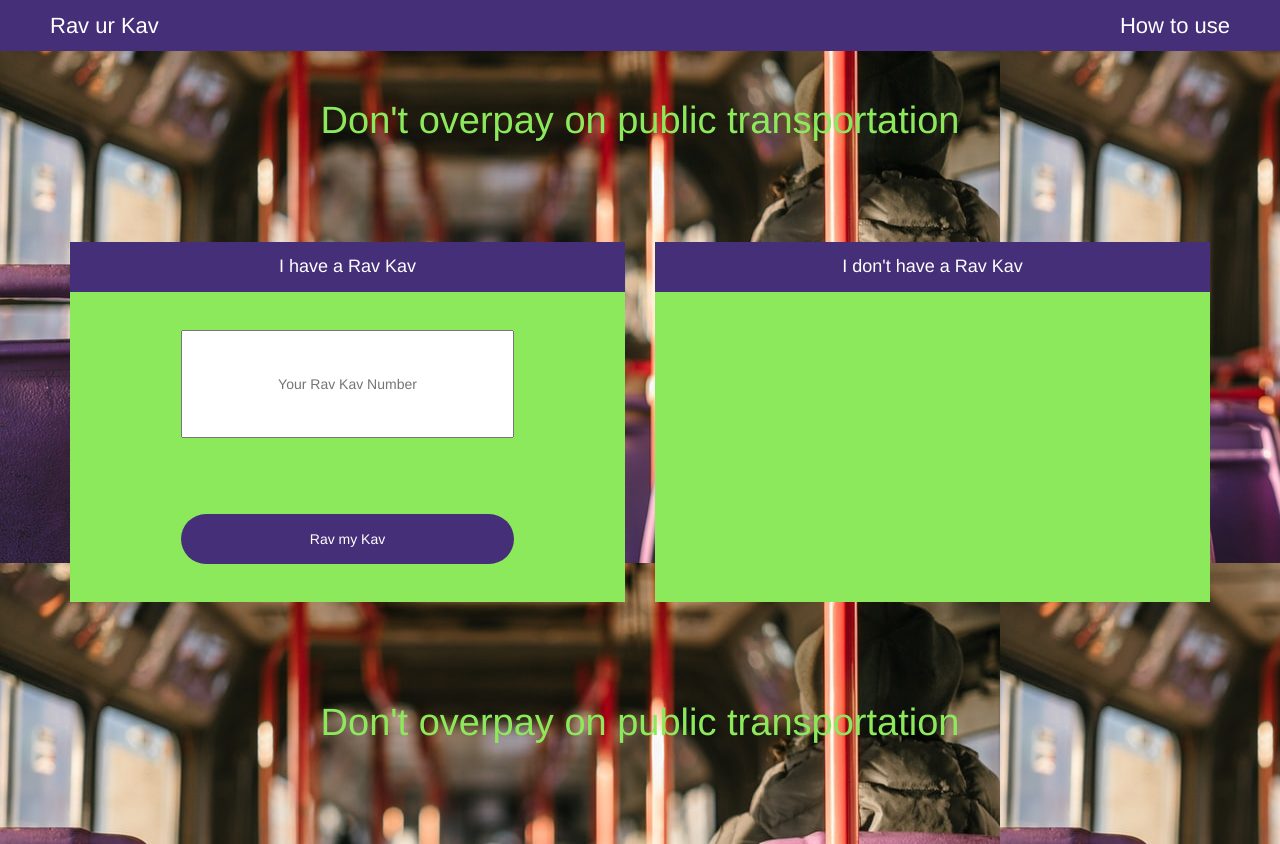
Repository: Louhla/Rav-ur-Kav
Page: index.html
These files come from the project's save history. The page is drawn as it stood at one moment and after the next save; the edit follows.
The browser window is 1280 px wide. The pictures show the whole page.

Above is the page before, as saved 2019-07-17 16:23:05.

### index.html
<!DOCTYPE html>
<html lang="en">

<head>
    <meta charset="utf-8">
    <meta name="viewport" content="width=device-width, initial-scale=1">
    <!-- Bootstrap CSS -->
    <link rel="stylesheet" href="https://maxcdn.bootstrapcdn.com/bootstrap/3.3.7/css/bootstrap.min.css">
    <script src="https://ajax.googleapis.com/ajax/libs/jquery/3.3.1/jquery.min.js"></script>
    <link rel="stylesheet" type="text/css" href="./css/rav-ur-kav.css">
    <title>Rav ur kav - Public Transport Calculator</title>
    <meta name="description" content="Get the best rate for your Rav Kav according to your commute">
</head>

<body>
    <div id="modal-wrapper">
        <div class="modal">
            <div class="modal-content">
                <h1>How to Rav my Kav:</h1>
                <h3>Lorem ipsum dolor sit, amet consectetur adipisicing elit. Nam, velit. Impedit non consequatur corporis tempore hic natus repudiandae veritatis voluptates pariatur numquam? Libero illo suscipit cum vitae. Quam, ex in!</h3>
                <h3>Lorem ipsum dolor sit amet consectetur adipisicing elit. Distinctio, sint. Eius adipisci tenetur dolore quis rem eos expedita error officia. Maiores dolore maxime enim ut quos dolorem nesciunt ea pariatur?</h3>
            </div>
            <br>
            <div id="button-box">
                <button class="my-button" id="close">Close</button>
            </div>
        </div>
    </div>
    <div id="root"></div>
    <heading class="header">
        <div class="logo">Rav ur Kav
        </div>
        <div id="how-to">How to use
        </div>
    </heading>

    <div class="container">
        <div class="row">
            <div class="col-md-12">
                <h1>Don't overpay on public transportation</h1>
            </div>
        </div>
        <div class="row">
            <div class="col-md-6">
                <div class="existing-user">
                    <h4>I have a Rav Kav</h4>
                        <input id="rav-kav-number" type=text placeholder="Your Rav Kav Number"></input>
                        <button id="rav-kav-number-button"><a href="#">Rav my Kav</a></button>
                </div>
            </div>
            <div class="col-md-6">
                <div class="new-user">
                    <h4>I don't have a Rav Kav</h4>
                </div>
            </div>
        </div>
        <div class="row">
                <div class="col-md-12">
                    <h1>Don't overpay on public transportation</h1>
                </div>
            </div>
    </div>
    <script type="text/javascript" src="./js/rav-ur-kav.js"></script>
</body>

</html>

### css/rav-ur-kav.css
body {
    margin: 0px;
    padding: 0px;
    background-image: url("/img/bus.jpg");
}
/* Modal START */
#modal-wrapper {
    position: fixed;
    top: 0;
    bottom: 0;
    right: 0;
    left: 0;
    background-color: rgba(0, 0, 0, 0.5);
    z-index: 12345;
    display: none;
}

#modal-wrapper .modal {
    background-color: white;
    width: 90vw;
    height: 90vh;
    position: absolute;
    top: 50%;
    left: 50%;
    transform: translateX(-50%) translateY(-50%);
    border-radius: 5px;
    text-align: center;
    background-image: url('../img/bgm.png');
    background-repeat: no-repeat;
    background-position: center;
    background-size: cover;
    color: white;
    text-shadow: 3px 3px #000000;
    display: flex;
    flex-direction: column;
    align-items: center;
    justify-content: space-evenly;
}

.modal-content {
    background-color: rgba(0, 0, 0, 0.5);
}

.modal-content h1 {
    font-size: 2rem;
    margin-block-start: 0.3rem;
    margin-block-end: 0.3rem;
}

.modal-content h3 {
    font-size: 1rem;
    margin-block-start: 0.5rem;
    margin-block-end: 0.5rem;
}

#button-box {
    width: 70vh;
    display: flex;
    justify-content: flex-end;
}

.my-button {
    color: red;
    background-color: yellow;
    height: 5vh;
    width: 20vh;
    font-size: 4vh;
    text-align: center;
    padding: 0;
}
/* Modal END */

/* Homepage START */
.header{
    display: flex;
    position: fixed;
    z-index: 9;
    justify-content: space-between;
    width: 100%;
    align-items: center;
    box-shadow: 5px;
    background-color: #462F79;
    color: white;
    font-size: 22px;
}
.logo{
    margin: 10px 0px 10px 50px;
}
.how-to{
    margin: 10px 50px 10px 0px;
}
.existing-user{
    background-color: #8CE95C;
    display: flex;
    flex-direction: column;
    text-align: center;
    height: 50vh;
}
.new-user{
    background-color: #8CE95C;
    text-align: center;
    height: 50vh;
}
h1{
    text-align: center;
    margin: 100px;
    color: #8CE95C;
    font-size: 38px;
}
.existing-user > h4, .new-user > h4{
    background-color: #462F79;
    padding: 15px 0px;
    margin: 0px;
    color: white;
}
#rav-kav-number{
    width: 60%;
    margin: auto;
    text-align: center;
}
#rav-kav-number-button{
    width: 60%;
    margin: auto;
    height: 50px;
    border-radius: 50px;
    border-style: none;
    color: white;
    background-color: #462F79;
    -webkit-transition: width 0.5s ease-in-out;
    -moz-transition: width 0.5s ease-in-out;
    -ms-transition: width 0.5s ease-in-out;
    transition: width 0.5s ease-in-out;
}
#rav-kav-number-button:hover{
    width: 62%;
}
a{
    cursor:pointer;
    text-decoration: none;
    color: white;
}
a:hover{
    text-decoration: none;
    color: white;
}
#how-to{
    margin: 10px 50px 10px 0px;
    cursor: pointer;
}
.existing-user{
    background-color: #8CE95C;
    display: flex;
    flex-direction: column;
    text-align: center;
    height: 50vh;
}
.new-user{
    background-color: #8CE95C;
    text-align: center;
    height: 50vh;
}
h1{
    text-align: center;
    margin: 100px;
    color: #8CE95C;
    font-size: 38px;
}
.existing-user > h4, .new-user > h4{
    background-color: #462F79;
    padding: 15px 0px;
    margin: 0px;
    color: white;
}
#rav-kav-number{
    width: 60%;
    height: 30%;
    margin: auto;
    text-align: center;
}
/* Homepage END */

### js/rav-ur-kav.js
console.log("step1");

$(document).ready(() => {
    // Globals

    // Modal buttons
    let howToButton = $("#how-to");
    let closeModalButton = $("#close");
    $(closeModalButton).on("click", () => {
      $("#modal-wrapper").toggle();
    });
    $(howToButton).on("click", () => {
      $("#modal-wrapper").toggle();
      console.log('how to')
    });
});
console.log("whats up")



$('#rav-kav-number').on('input', function (event) {
    this.value = this.value.replace(/[^0-9]/g, '');
});

After the next save:
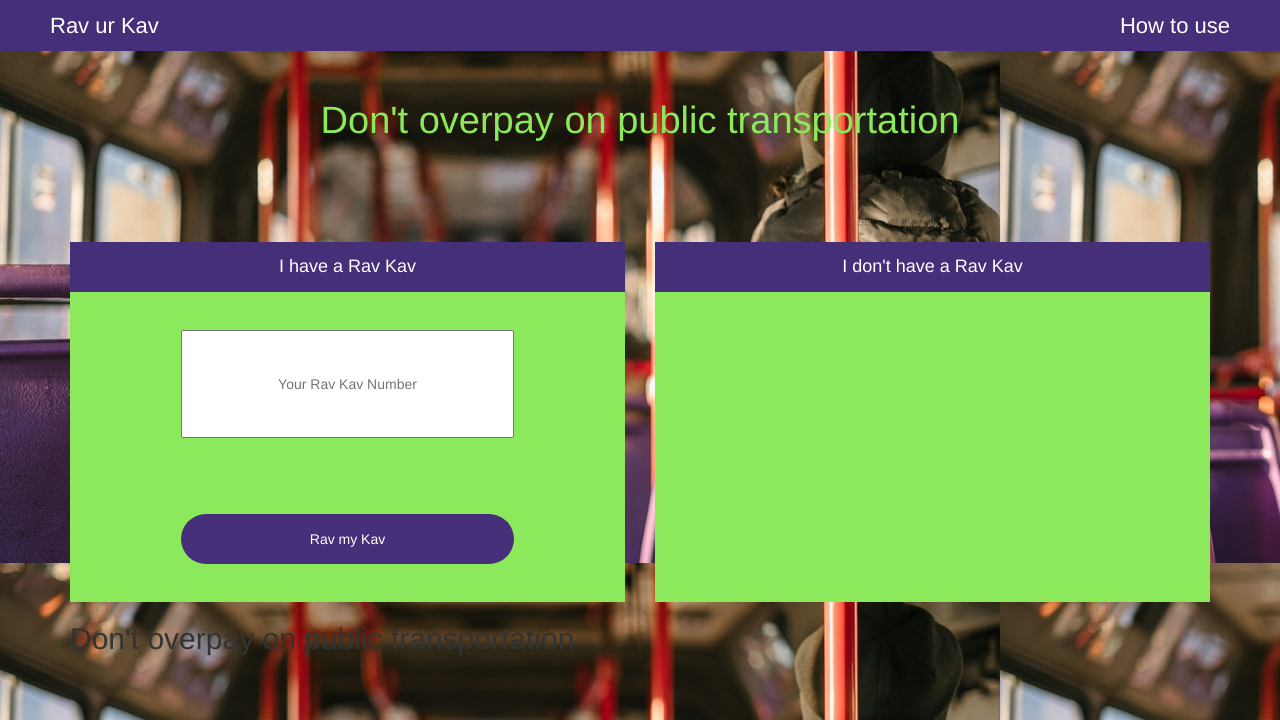
Saved 4 s later.
--- a/index.html
+++ b/index.html
@@ -56,7 +56,7 @@
         </div>
         <div class="row">
                 <div class="col-md-12">
-                    <h1>Don't overpay on public transportation</h1>
+                    <h2>Don't overpay on public transportation</h1>
                 </div>
             </div>
     </div>
